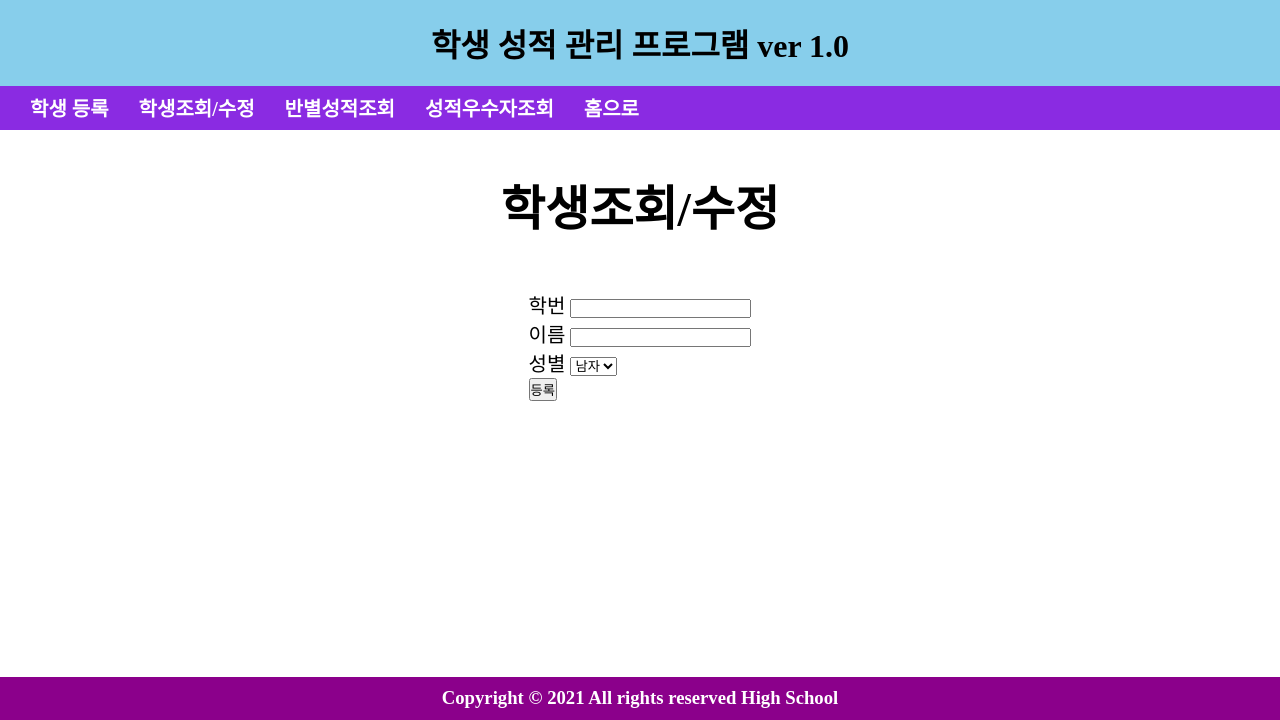
Repository: balhyo-younjisang/DigitechJSP
Page: http://localhost/Student/select.jsp
These files come from the project's save history. The page is drawn as it stood at one moment and after the next save; the edit follows.
The browser window is 1280 px wide. The pictures show the whole page.
The page is served by Tomcat 9. Queries for data that is not in the repository find no rows.

Above is the page before, as saved 2025-04-15 23:59:46.

### pizza0403/Student/src/main/webapp/select.jsp
<%@page import="java.sql.ResultSet"%>
<%@page import="java.sql.PreparedStatement"%>
<%@page import="student.DBConnection"%>
<%@page import="java.sql.Connection"%>
<%@ page language="java" contentType="text/html; charset=UTF-8"
    pageEncoding="UTF-8"%>
<%
	Connection conn = DBConnection.getConnection();
	String sql = "select * from member_tbl_03";
	PreparedStatement pstmt = conn.prepareStatement(sql);
	ResultSet rs = pstmt.executeQuery();
%>
<!DOCTYPE html>
<html>
<head>
<meta charset="UTF-8">
<title>학생 성적 관리 프로그램 ver 1.0</title>
<link rel="stylesheet" href="./css/style.css">
</head>
<body>
	<%@ include file="./component/header.jsp" %>
	<main>
		<section class="title">
			<h2>학생조회/수정</h2>
		</section>
		<section class="content">
			<form onsubmit="return check()" action="register_action.jsp" method="post">
				<div>
					<label>학번</label>
					<input type="text" name="id" id="id">
				</div>
				<div>
					<label>이름</label>
					<input type="text" name="name" id="name">
				</div>
				<div>
					<label>성별</label>
					<select name="gender" id="gender">
						<option value="1">남자</option>
						<option value="2">여자</option>
					</select>
				</div>
				<button type="submit">등록</button>
			</form>
		</section>
	</main>
	<%@ include file="./component/footer.jsp" %>
</body>
<script>
	function check() {
		const id = document.getElementById("id");
		const name = document.getElementById("name");

		if(!id.value) {
			alert("학번을 입력해주세요.");
			id.focus();
			return false;
		}
		if(!name.value) {
			alert("학번을 입력해주세요.");
			name.focus();
			return false;
		}

		return true;
	}
</script>
</html>

### pizza0403/Student/src/main/webapp/component/header.jsp
<%@ page language="java" contentType="text/html; charset=UTF-8"
    pageEncoding="UTF-8"%>
<header>
	<div>
		<h1>학생 성적 관리 프로그램 ver 1.0</h1>
	</div>
	<nav>
		<ul class="gnb">
			<li><a href="register.jsp">학생 등록</a></li>
			<li><a href="select.jsp">학생조회/수정</a></li>
			<li><a href="score.jsp">반별성적조회</a></li>
			<li><a href="good.jsp">성적우수자조회</a></li>
			<li><a href="index.jsp">홈으로</a></li>
		</ul>
	</nav>
</header>

### pizza0403/Student/src/main/webapp/component/footer.jsp
<%@ page language="java" contentType="text/html; charset=UTF-8"
    pageEncoding="UTF-8"%>
<footer>
	<h3>Copyright &copy; 2021 All rights reserved High School</h3>
</footer>

### pizza0403/Student/src/main/java/student/DBConnection.java
package student;

import java.sql.Connection;
import java.sql.DriverManager;
import java.sql.PreparedStatement;
import java.sql.ResultSet;

public class DBConnection {
	public static Connection getConnection() {
		Connection conn = null;

		try {
			Class.forName("oracle.jdbc.OracleDriver");
			conn = DriverManager.getConnection("jdbc:oracle:thin:@localhost:1521:xe" ,"system", "1234");
		} catch (Exception e) {
			System.out.println("DB Connection failed :: " + e.getMessage());
			e.printStackTrace();
		}

		return conn;
	}

	public static void close(ResultSet rs, PreparedStatement pstmt, Connection conn) {
		try {
			if(rs != null) rs.close();
			if(pstmt != null) pstmt.close();
			if(conn != null) conn.close();
		} catch (Exception e) {
			System.out.println("DB Connection close failed :: " + e.getMessage());
		}
	}

	public static void close(PreparedStatement pstmt, Connection conn) {
		try {
			if(pstmt != null) pstmt.close();
			if(conn != null) conn.close();
		} catch (Exception e) {
			System.out.println("DB Connection close failed :: " + e.getMessage());
		}
	}
}

### pizza0403/Student/src/main/webapp/css/style.css
@charset "UTF-8";

* {
	margin: 0;
	padding: 0;
	box-sizing: border-box;
}

a {
	text-decoration: none;
	color: inherit;
}

ul, li {
	list-style: none;
}

header {
	width: 100vw;
	height: 18vh;
}

header div {
	width: 100%;
	height: 12vh;
	display: flex;
	align-items: center;
	justify-content: center;
	background-color: skyblue;
}

header .gnb {
	display: flex;
	gap: 30px;
	padding-left: 30px;
	align-items: center;
	height: 6vh;
	width: 100vw;
	background-color: blueviolet;
}

header .gnb a {
	color: white;
	font-size: 20px;
	font-weight: bold;
}

main {
	height: calc(100vh - 18vh - 6vh);
	width: 100vw;
}

main .title {
	text-align: center;
	font-size: 32px;
	line-height: 160px;
}

main .content {
	font-size: 20px;
	width: 100%;
	display: flex;
	align-items: center;
	justify-content: center;
}

footer {
	width: 100vw;
	height: 6vh;
	background-color: darkmagenta;
	color: white;
	position: fixed;
	display: flex;
	bottom: 0;
	left: 0;
	align-items: center;
	justify-content: center;
}

After the next save:
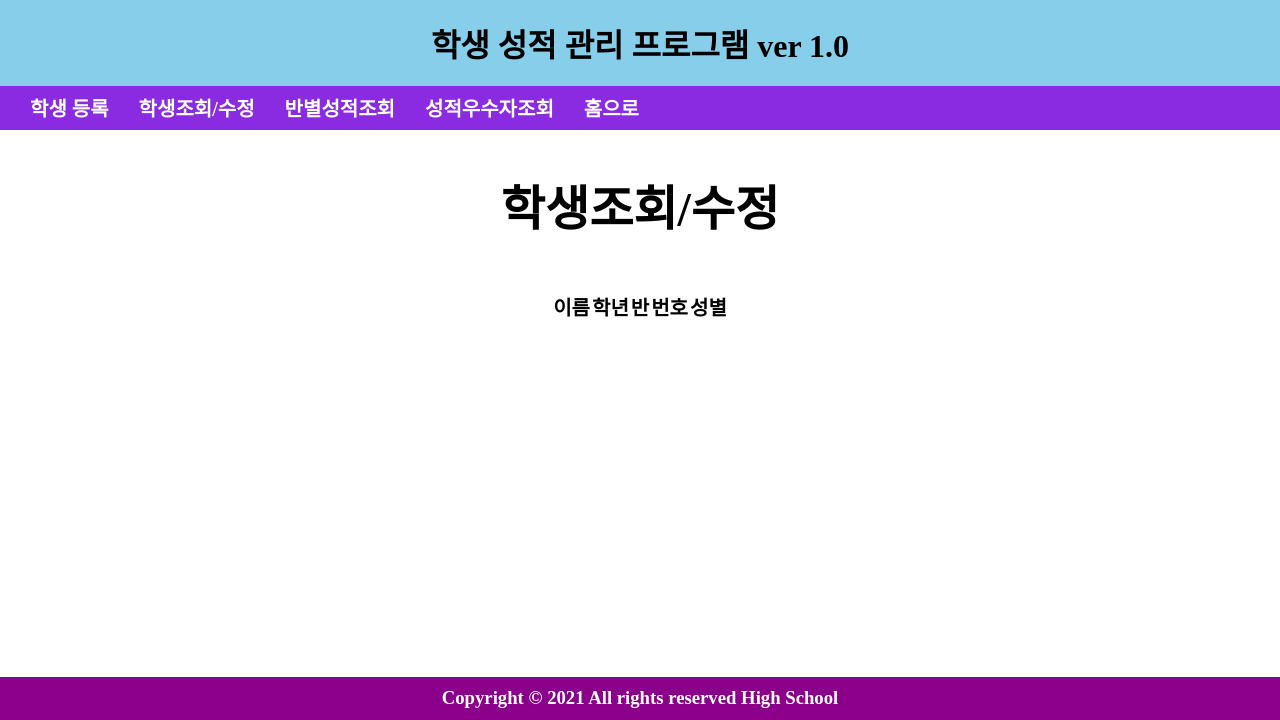
Saved 26 s later.
--- a/pizza0403/Student/src/main/webapp/select.jsp
+++ b/pizza0403/Student/src/main/webapp/select.jsp
@@ -24,24 +24,15 @@
 			<h2>학생조회/수정</h2>
 		</section>
 		<section class="content">
-			<form onsubmit="return check()" action="register_action.jsp" method="post">
-				<div>
-					<label>학번</label>
-					<input type="text" name="id" id="id">
-				</div>
-				<div>
-					<label>이름</label>
-					<input type="text" name="name" id="name">
-				</div>
-				<div>
-					<label>성별</label>
-					<select name="gender" id="gender">
-						<option value="1">남자</option>
-						<option value="2">여자</option>
-					</select>
-				</div>
-				<button type="submit">등록</button>
-			</form>
+			<table>
+				<tr>
+					<th>이름</th>
+					<th>학년</th>
+					<th>반</th>
+					<th>번호</th>
+					<th>성별</th>
+				</tr>
+			</table>
 		</section>
 	</main>
 	<%@ include file="./component/footer.jsp" %>
